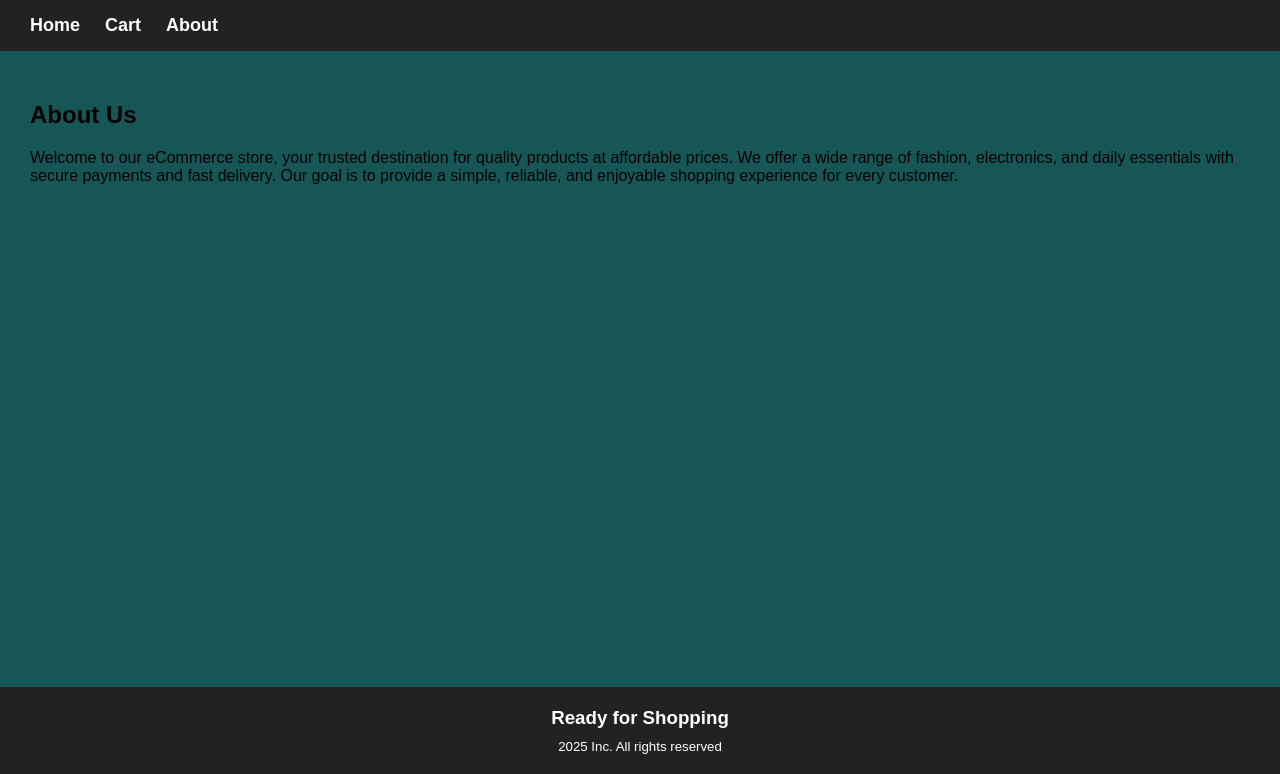
Repository: Deepakyadav08/Ecommerce
Page: http://localhost/aboutUs/
The author's editor kept a copy of each file at every save. The page is drawn from the files as they stood at one save, then again after a run of saves.
The browser window is 1280 px wide. The pictures show the whole page.
The page is served by the project's application, run on Django 5.2 (manage.py). Other server files are loaded and not shown.

Above is the page before, as saved 2026-05-14 16:11:41.

### shop/templates/store/about_us.html
 {% extends 'store/base.html' %}
{% block title %}About Us{% endblock %}

{% block content %}
<section >
    <h2>About Us</h2>
    <p>
        Welcome to our eCommerce store, your trusted destination for quality products at affordable prices.
        We offer a wide range of fashion, electronics, and daily essentials with secure payments and fast delivery.
        Our goal is to provide a simple, reliable, and enjoyable shopping experience for every customer.
    </p>
</section>
{% endblock %}

### shop/templates/store/base.html
{% load static %}
<!DOCTYPE html>
<html>
<head>
  <meta charset="UTF-8" />
  <title>{% block title %}My Shop{% endblock %}</title>

  <link rel="stylesheet" href="{% static 'css/style.css' %}">
</head>

<body style="margin:0; font-family:Arial, sans-serif; background:#f4f4f4;">

  <!-- Navbar -->
  <nav style="
      background:#222;
      padding:15px 30px;
      display:flex;
      gap:25px;
      align-items:center;
  ">

    <a
      href="{% url 'product_list' %}"
      style="color:white; text-decoration:none; font-size:18px; font-weight:bold;"
    >
      Home
    </a>

    <a
      href="{% url 'cart' %}"
      style="color:white; text-decoration:none; font-size:18px; font-weight:bold;"
    >
      Cart
    </a>

    <a
      href="{% url 'about_us' %}"
      style="color:white; text-decoration:none; font-size:18px; font-weight:bold;"
    >
      About
    </a>

  </nav>

  <!-- Main Container -->
  <div
    class="container a1"
    style="
      min-height:80vh;
      padding:30px;
    "
  >

    {% block content %}

    {% endblock %}

  </div>

  <!-- Footer -->
  <footer style="
      background:#222;
      color:white;
      text-align:center;
      padding:20px;
  ">

    <h3 style="margin:0 0 10px 0;">
      Ready for Shopping
    </h3>

    <h5 style="margin:0; font-weight:normal;">
      2025 Inc. All rights reserved
    </h5>

  </footer>

  <script src="{% static 'js/app.js' %}"></script>

</body>
</html>

### shop/views.py
# from django.shortcuts import render , get_object_or_404, redirect
# from .models import Product , Order ,OrderItem
from django.shortcuts import render, get_object_or_404, redirect
from django.views.decorators.csrf import csrf_exempt
from .models import Product ,  Order ,OrderItem , Login


def product_list(request):
    products = Product.objects.all()
    return render (request, 'store/product_list.html',
    {'products': products})

def about_us(request):
    return render (request, 'store/about_us.html')


def product_detail(request, pk):
    product = get_object_or_404(Product, pk=pk)

    return render(request, 'store/product_detail.html', {'product': product})

def _get_cart(request):
    return request.session.get('cart',{})

def _save_cart(request , cart):
    request.session['cart'] = cart
    request.session.modified = True

def add_to_cart(request, pk):
    cart = _get_cart(request)
    pid =str(pk)
    cart[pid] = cart.get(pid,0) + 1
    _save_cart(request, cart)

    return redirect('cart')

def remove_from_cart(request , pk):
    cart = _get_cart(request)
    pid = str (pk)
    if pid in cart:
        del cart[pid]
        _save_cart(request , cart)
    return redirect('cart')

def cart_view(request):
    cart = _get_cart(request)
    items =[]
    total = 0
    for pid , qty in cart.items():
        product = get_object_or_404(Product, pk=int(pid))
        subtotal = product.price * qty
        total+= subtotal
        items.append({
             'product': product,
             'qyt': qty ,
            'subtotal': subtotal
         })
    return render (request ,'store/cart.html',{'items':items ,'total':total})

def checkout(request):
    cart = _get_cart(request)
    if not cart:
        return redirect('product_list')

    if request.method == 'POST':
        full_name = request.POST.get("full_name")
        email = request.POST.get("email")
        address = request.POST.get("address")
        Mobile_no= request.POST.get("Mobile_no")

        order =Order.objects.create(
            full_name = full_name ,
            email = email ,
            address = address ,
            Mobile_no=Mobile_no

            )
        for pid , qyt in cart.items():
            product = get_object_or_404(Product, pk=int(pid))
            OrderItem.objects.create(order=order, product=product, quantity=qyt)
            _save_cart(request,{})
            return render(request, "store/checkout_success.html",{"order": order} )

    return render(request ,"store/checkout.html")


# def checkout(request):
#     cart = _get_cart(request)
#     if not cart:
#         return redirect('product_list')

#     if request.method == 'POST':
#         order = Order.objects.create(
#             full_name=request.POST.get("full_name"),
#             email=request.POST.get("email"),
#             address=request.POST.get("address"),
#             Mobile_no=request.POST.get("Mobile_no")
#         )

#         for pid, qty in cart.items():
#             product = get_object_or_404(Product, pk=int(pid))
#             OrderItem.objects.create(
#                 order=order,
#                 product=product,
#                 quantity=qty
#             )

#         _save_cart(request, {})
#         return render(request, "store/checkout_success.html", {"order": order})

#     return render(request, "store/checkout.html")


@csrf_exempt

def Login(request):
    if request.method == 'POST':
        form = Login(request.POST)
        if form.is_valid():
            form.save()
            return redirect('l')
    else:
        form = Login()

    return render(request, 'login.html', {'form': form})


# def success_page(request):
#     return render(request, 'login.html')

### config/urls.py
"""
URL configuration for config project.

The `urlpatterns` list routes URLs to views. For more information please see:
    https://docs.djangoproject.com/en/6.0/topics/http/urls/
Examples:
Function views
    1. Add an import:  from my_app import views
    2. Add a URL to urlpatterns:  path('', views.home, name='home')
Class-based views
    1. Add an import:  from other_app.views import Home
    2. Add a URL to urlpatterns:  path('', Home.as_view(), name='home')
Including another URLconf
    1. Import the include() function: from django.urls import include, path
    2. Add a URL to urlpatterns:  path('blog/', include('blog.urls'))
"""
from django.contrib import admin
from django.urls import path , include

urlpatterns = [
    path('admin/', admin.site.urls),
    path('', include('shop.urls')),
]

### shop/urls.py
from django.urls import path
from . import views

urlpatterns = [
    path('', views.product_list, name='product_list'),
    path('product/<int:pk>/', views.product_detail, name='product_detail'),
    path('cart/', views.cart_view, name='cart'),
    path('cart/add/<int:pk>/', views.add_to_cart, name='add_to_cart'),
    path('cart/remove/<int:pk>/', views.remove_from_cart, name='remove_from_cart'),
    path('checkout/', views.checkout, name='checkout'),
     path('aboutUs/', views.about_us, name='about_us'),
    #  path('login/',views.Login, name="login"),
]

### shop/static/css/style.css
 .body {
  font-family: Arial, sans-serif;
  margin: 0;
  padding: 0;

}

@media (max-width: 576px) {
    .body {
        padding: 10px;
    }
}

.nav {
  background: #1f1c1c;
  padding: 12px;
  display: flex;
  text-align: center;
  height: 50px;
  color: red;
}

.nav a {
  color: rgb(237, 231, 231);
  margin-right: 10px;
  text-decoration: none;

}

.container {
  padding: 16px;
}

.grid {
  display: grid;
  text-align: center;
  grid-template-columns: repeat(auto-fit, minmax(350px, 1fr));
  gap: 12px;
}

.btn {
  display: inline-block;
  margin-top: 8px;
  padding: 8px 12px;
  background: black;
  color: white;
  text-decoration: none;
  border-radius: 6px;
}
:hover.btn{
  background-color: rgb(34, 24, 10);
   transform: translateY(-5px);
     box-shadow: 3px 2px 10.0px rgb(120, 107, 107);

}

.img {
  width: 250px;
    height: 200px;
  max-height: 300px;
  object-fit: cover;
  margin-top: 8px;
  display: flex;
  text-align: center;
  border-radius: 2px solid rgb(24, 21, 21);
}
:hover.a3{
  background-color: rgb(87, 104, 177);
}
.table {
  width: 100%;
  border-collapse: collapse;
  border-radius: 20px solid rgb(112, 18, 18);

}

.table th, .table td {
  border: 1px solid #ddd;
  padding: 8px;
}

.form input, .form textarea {
  width: 50%;
  padding: 8px;
  margin: 6px 0 12px 0;
}


.Checkout-form{
  display: flex;
  flex-direction: column;
  align-items: center;
}
.a1{
  background-color: rgb(23, 86, 86);

}

.card {
  border: 1px solid #ddd;
  padding: 12px;
  border-radius: 20px;
  height: 350px;
  width: 250px;
  justify-content: center;
  text-align: center;
}
:hover.card{
  background-color: rgb(53, 44, 107);
  border-radius: 5px;
     box-shadow: 0px 0px 10px rgb(139, 67, 67);
      transform: translateY(-5px);
     box-shadow: 3px 2px 10.0px rgb(120, 107, 107);
}


 .footer{
  background-color: black;
  color: rgb(211, 201, 201);
  height: 100px;
  text-align: center;
padding: 0px;

 }

.view {
  display: inline-block;
  margin-top: 8px;
  padding: 8px 12px;
  background: black;
  color: white;
  text-decoration: none;
  border-radius: 6px;
}
:hover.view{
  background-color: rgb(34, 24, 10);
   transform: translateY(-5px);
     box-shadow: 3px 2px 10.0px rgb(120, 107, 107);

}

.wel{
  color: white;
  text-align: center;
}

### shop/static/js/app.js
console.log("Shop JS loaded ✅");

After the next 2 saves:
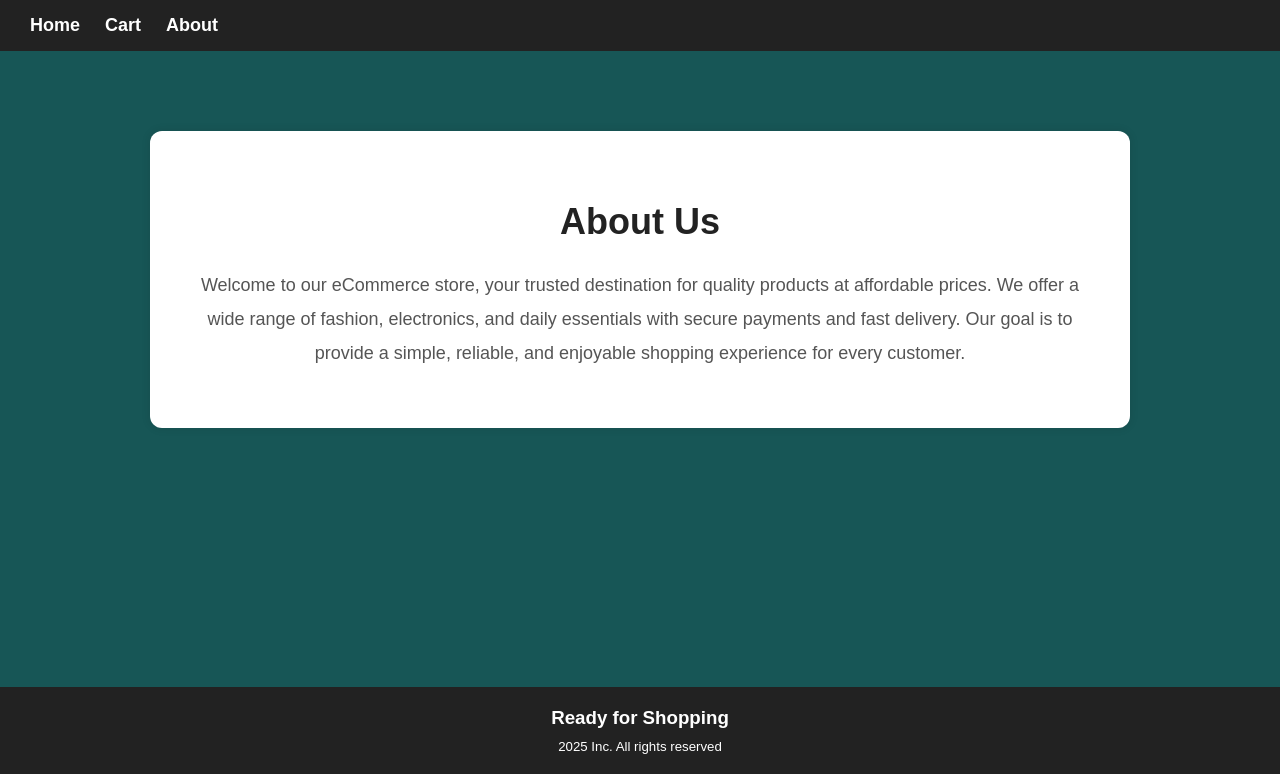
The 2 saves are shown as one change because they came seconds apart.
The last was saved 29 s later.
--- a/shop/templates/store/about_us.html
+++ b/shop/templates/store/about_us.html
@@ -1,13 +1,37 @@
- {% extends 'store/base.html' %}
+{% extends 'store/base.html' %}
+
 {% block title %}About Us{% endblock %}
 
 {% block content %}
-<section >
-    <h2>About Us</h2>
-    <p>
+
+<section style="
+    max-width:900px;
+    margin:50px auto;
+    background:white;
+    padding:40px;
+    border-radius:12px;
+    box-shadow:0 0 10px rgba(0,0,0,0.1);
+    text-align:center;
+">
+
+    <h2 style="
+        font-size:36px;
+        color:#222;
+        margin-bottom:25px;
+    ">
+        About Us
+    </h2>
+
+    <p style="
+        font-size:18px;
+        line-height:1.9;
+        color:#555;
+    ">
         Welcome to our eCommerce store, your trusted destination for quality products at affordable prices.
         We offer a wide range of fashion, electronics, and daily essentials with secure payments and fast delivery.
         Our goal is to provide a simple, reliable, and enjoyable shopping experience for every customer.
     </p>
+
 </section>
+
 {% endblock %}
